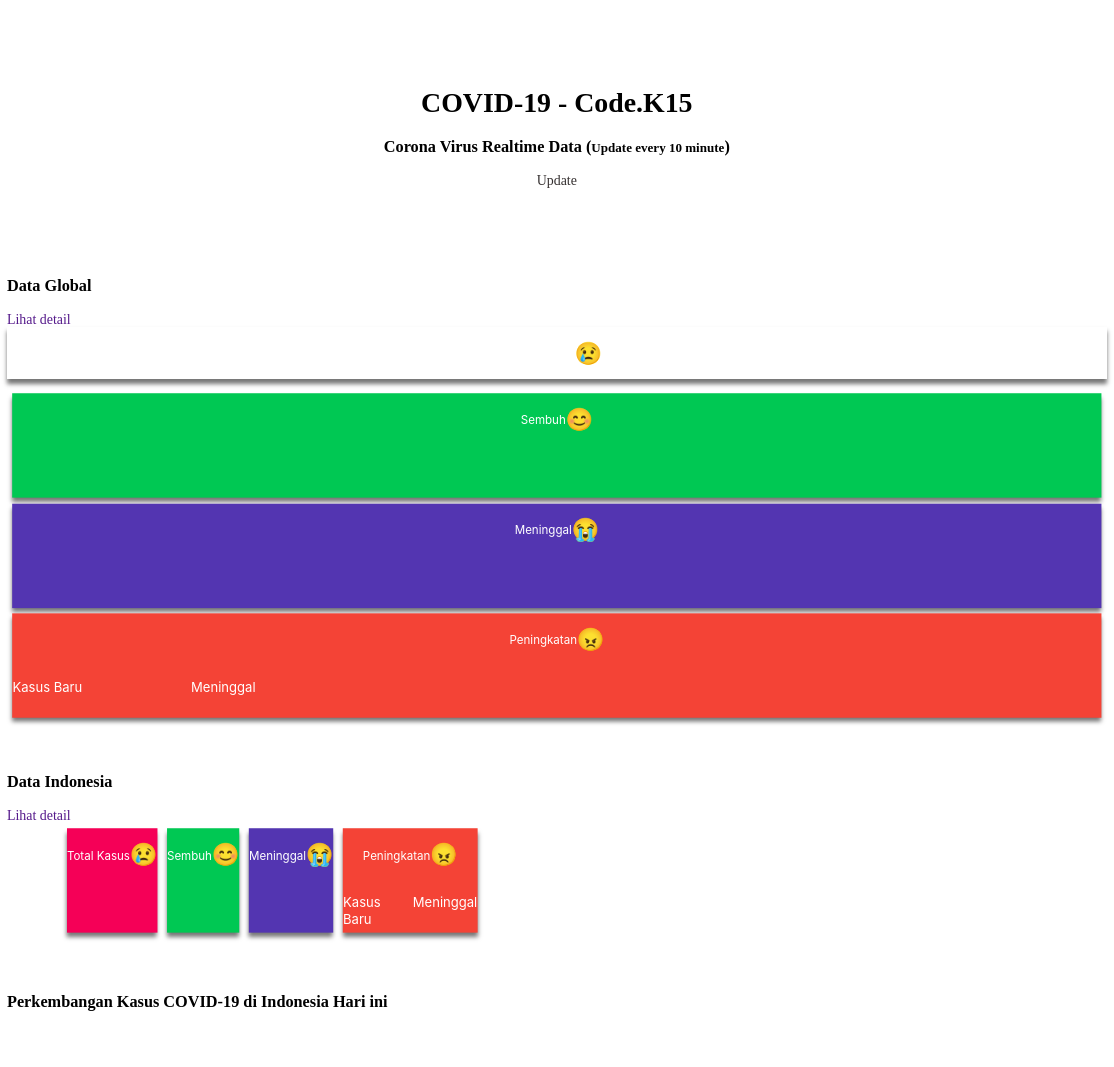
Repository: fathur15/covid19-monitoring
Page: http://localhost/covid19/apps/views/data/main/dashboard.php
An editor plug-in stored every save of this project. The page is shown before and after the next save, followed by the edit.
The browser window is 1280 px wide. The pictures show the whole page, at 87% of full size.
The page is run by PHP 8.4 with error messages shown; the project is at /var/www/html/.

Above is the page before, as saved 2020-04-14 13:56:05.

### apps/views/data/main/dashboard.php

<style>

    #resumeGlobal p, h5{
        color: white;
        font-weight: 400;
        font-family: -apple-system, BlinkMacSystemFont, 'Segoe UI', Roboto, Oxygen, Ubuntu, Cantarell, 'Open Sans', 'Helvetica Neue', sans-serif
    }
    #resumeIndonesia p, h5{
        color: white;
        font-weight: 400;
        font-family: -apple-system, BlinkMacSystemFont, 'Segoe UI', Roboto, Oxygen, Ubuntu, Cantarell, 'Open Sans', 'Helvetica Neue', sans-serif
    }
    .shadow-box{
        -webkit-box-shadow: 0 15px 10px #777;
        -moz-box-shadow: 0 15px 10px #777;
        box-shadow: 0 5px 5px #777;

    }
    .content-main-wrapper{
        margin: 5% 0;
    }
    /* .shadow-box:after{
        -webkit-transform: rotate(3deg);
        -moz-transform: rotate(3deg);
        -o-transform: rotate(3deg);
        -ms-transform: rotate(3deg);
        transform: rotate(3deg);
        right: 10px;
        left: auto;
    } */

</style>
<div class="content">
    <div class="heading" style="margin: 100px 30%; text-align: center">
        <h1>COVID-19 - Code.K15</h1>
        <h3>Corona Virus Realtime Data (<small style="font-size: 15px">Update every 10 minute</small>)</h3>
        <p id="date-update" style="color: #353030;">Update</p>
    </div>
    <div class="main">
        <div class="container">
            <div class="row content-main-wrapper">
                <div class="head-main-content">
                    <h3>Data Global</h3>
                    <a style="text-decoration: none" href="">Lihat detail  <i class="fas fa-long-arrow-alt-right" aria-hidden="true"></i></a>
                </div>
                <div id="resumeGlobal" class="" style="width: 100%;" >
                    <div class="row">
                        <div class="card col-sm-3 shadow-box" ;background: #f50057; margin: 0.5%; align-items: center; height: 120px ">
                            <div class="card-body">
                                <div style="flex-direction: row; display: flex; justify-content: center; align-items: center">
                                    <h5 id="title-kasus-global" class="card-text">Total Kasus</h5>
                                    <span style="color: black; font-size: 25px; text-shadow: 0 0 0 yellow">&#x1F622</span>
                                </div>
                                <p class="card-text" id="kasus-global"></p>
                            </div>
                        </div>
                        <div class="card col-sm-3 shadow-box" style="background: #00c853; margin: 0.5%; align-items: center; height: 120px ">
                            <div class="card-body">
                                <div style="flex-direction: row; display: flex; justify-content: center; align-items: center">
                                    <h5 id="title-kasus-global" class="card-text">Sembuh</h5>
                                    <span style="color: black; font-size: 25px; text-shadow: 0 0 0 yellow">&#x1F60A</span>
                                </div>
                                <p class="card-text" id="sembuh-global"></p>
                                <!-- <p style="">Orang</p> -->
                            </div>
                        </div>
                        <div class="card col-sm-3 shadow-box" style="margin: 0.5%; height: 120px;align-items: center;  background :#5335b1">
                            <div class="card-body">
                                <div style="flex-direction: row; display: flex; justify-content: center; align-items: center;">
                                    <h5 id="title-kasus-global" class="card-text">Meninggal</h5>
                                    <span style="color: black; font-size: 25px; text-shadow: 0 0 0 yellow">&#x1F62D</span>
                                </div>
                                <p class="card-text" id="meninggal-global"></p>
                                <!-- <p style="">Orang</p> -->
                            </div>
                        </div>
                        <div class="card col-sm-3 shadow-box" style="margin: 0.5%; height: 120px; background: #f44336">
                            <div class="card-body">
                                <div style="flex-direction: row; display: flex; justify-content: center; align-items: center;">
                                    <h5 id="title-kasus-global" class="card-text">Peningkatan</h5>
                                    <span style="color: black; font-size: 25px; text-shadow: 0 0 0 yellow">&#x1F620</span>
                                </div>
                                <div style="flex-direction: row; display: flex;">
                                    <p style="font-size: 15px">Kasus Baru</p>
                                    <p style="margin-left: 10%; font-size: 15px">Meninggal </p>
                                </div>
                                <div style="display: flex; margin-top: -9%">
                                    <p style="font-size: 15px" class="card-text" id="kasus-baru-global"></p>
                                    <p style="margin-left: 10%; font-size: 15px" class="card-text" id="meninggal-baru-global"></p>
                                </div>
                            </div>
                        </div>
                    </div>
                </div>
            </div>
            <div class="row content-main-wrapper" >
                <div class="head-main-content">
                    <h3>Data Indonesia</h3>
                    <a style="text-decoration: none" href="">Lihat detail  <i class="fas fa-long-arrow-alt-right" aria-hidden="true"></i></a>
                </div>
                <div  id="resumeIndonesia" class="" style="width: 90%; display: flex; margin: 0 5%;" >
                    <div class="card col-sm-3 shadow-box" style="background: #f50057; margin: 0.5%; align-items: center; height: 120px ">
                        <div class="card-body">
                            <div style="flex-direction: row; display: flex; justify-content: center; align-items: center">
                                <h5 id="title-kasus-indonesia" class="card-text">Total Kasus</h5>
                                <span style="color: black; font-size: 25px; text-shadow: 0 0 0 yellow">&#x1F622</span>
                            </div>
                            <p style="font-size: 14px" class="card-text" id="kasus-indonesia"></p>
                        </div>
                    </div>
                    <div class="card col-sm-3 shadow-box" style="background: #00c853; margin: 0.5%; align-items: center; height: 120px ">
                        <div class="card-body">
                            <div style="flex-direction: row; display: flex; justify-content: center; align-items: center">
                                <h5 id="title-kasus-indonesia" class="card-text">Sembuh</h5>
                                <span style="color: black; font-size: 25px; text-shadow: 0 0 0 yellow">&#x1F60A</span>
                            </div>
                            <p class="card-text" id="sembuh-indonesia"></p>
                        </div>
                    </div>
                    <div class="card col-sm-3 shadow-box" style="margin: 0.5%; height: 120px;align-items: center;  background :#5335b1">
                        <div class="card-body">
                            <div style="flex-direction: row; display: flex; justify-content: center; align-items: center;">
                                <h5 id="title-kasus-indonesia" class="card-text">Meninggal</h5>
                                <span style="color: black; font-size: 25px; text-shadow: 0 0 0 yellow">&#x1F62D</span>
                            </div>
                            <p class="card-text" id="meninggal-indonesia"></p>
                        </div>
                    </div>
                    <div class="card col-sm-3 shadow-box" style="margin: 0.5%; height: 120px; background: #f44336">
                        <div class="card-body">
                            <div style="flex-direction: row; display: flex; justify-content: center; align-items: center;">
                                <h5 id="title-kasus-indonesia" class="card-text">Peningkatan</h5>
                                <span style="color: black; font-size: 25px; text-shadow: 0 0 0 yellow">&#x1F620</span>
                            </div>
                            <div style="flex-direction: row; display: flex;">
                                <p style="font-size: 15px">Kasus Baru</p>
                                <p style="margin-left: 10%; font-size: 15px">Meninggal </p>
                            </div>
                            <div style="display: flex; margin-top: -9%">
                                <p style="font-size: 15px" class="card-text" id="kasus-baru-indonesia"></p>
                                <p style="margin-left: 10%; font-size: 15px" class="card-text" id="meninggal-baru-indonesia"></p>
                            </div>
                        </div>
                    </div>
                </div>
            </div>
            <div class="row content-main-wrapper" >
                 <div class="head-main-content">
                    <h3>Perkembangan Kasus COVID-19 di Indonesia Hari ini</h3>
                </div>
            </div>
        </div>
    </div>
</div>

After the next save:
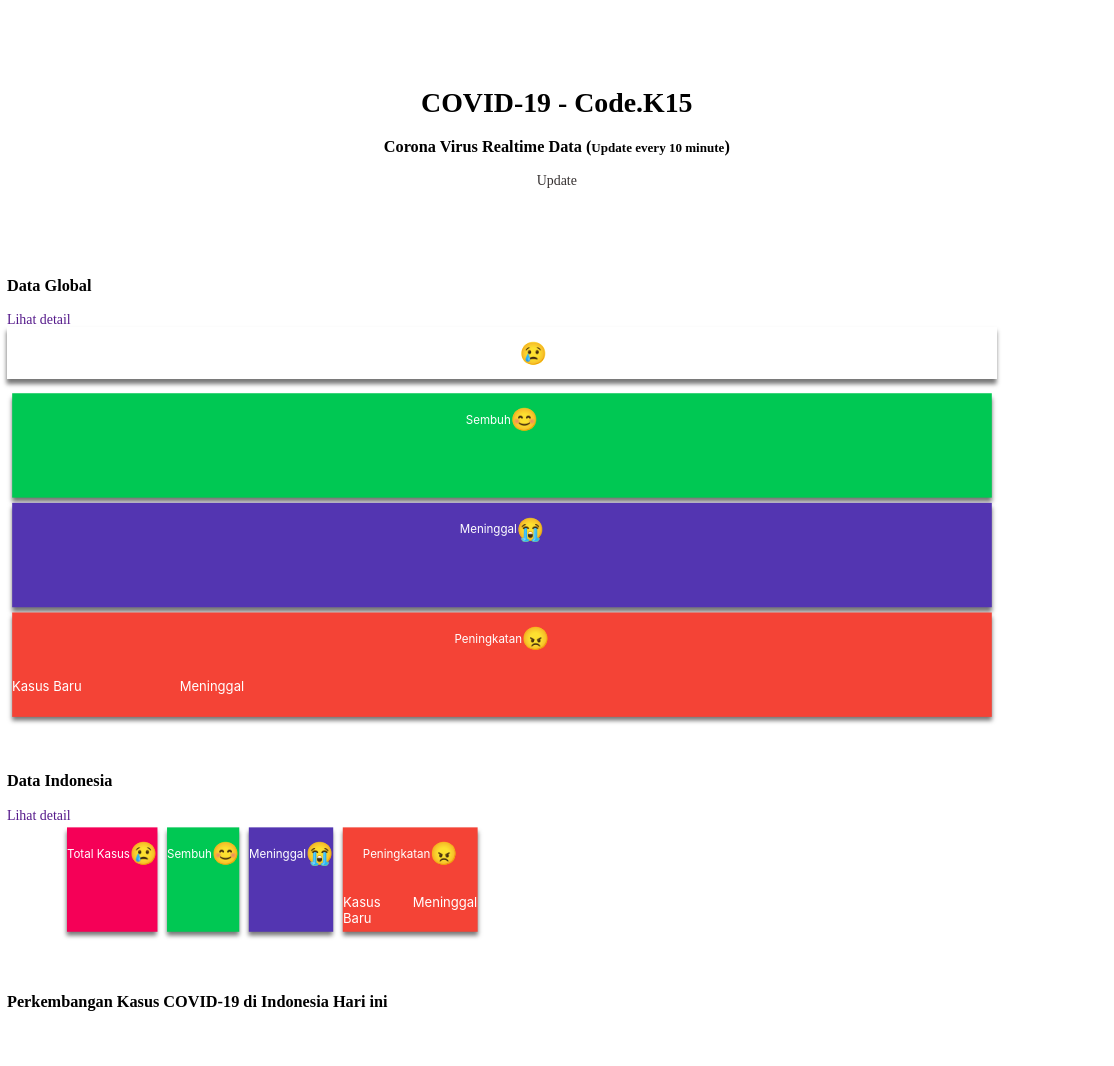
Saved 6 s later.
--- a/apps/views/data/main/dashboard.php
+++ b/apps/views/data/main/dashboard.php
@@ -44,7 +44,7 @@
                     <h3>Data Global</h3>
                     <a style="text-decoration: none" href="">Lihat detail  <i class="fas fa-long-arrow-alt-right" aria-hidden="true"></i></a>
                 </div>
-                <div id="resumeGlobal" class="" style="width: 100%;" >
+                <div id="resumeGlobal" class="" style="width: 90%;" >
                     <div class="row">
                         <div class="card col-sm-3 shadow-box" ;background: #f50057; margin: 0.5%; align-items: center; height: 120px ">
                             <div class="card-body">
